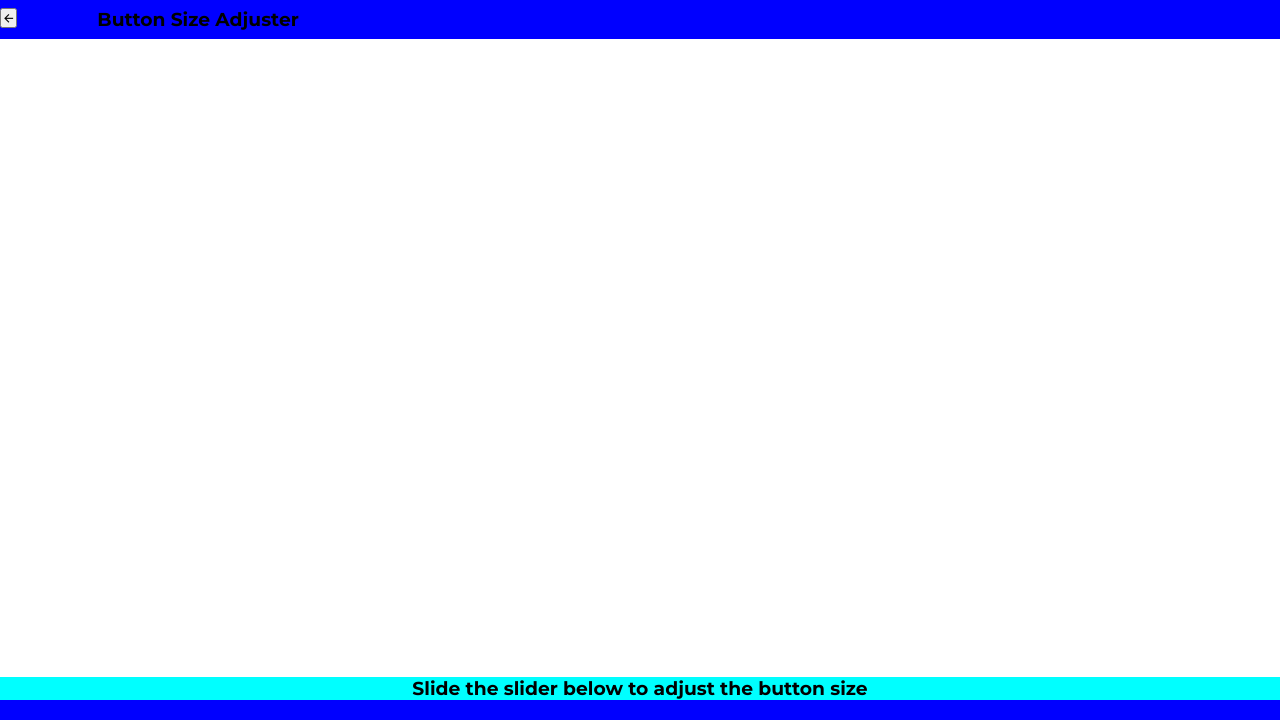
Repository: EguJaredoBoyd/Jared-Counter-App
Page: settings.html
An editor plug-in stored every save of this project. The page is shown before and after the next save, followed by the edit.
The browser window is 1280 px wide. The pictures show the whole page.

Above is the page before, as saved 2025-12-03 15:15:57.
Console error: TypeError: Cannot set properties of null (setting 'textContent')

After the next save:
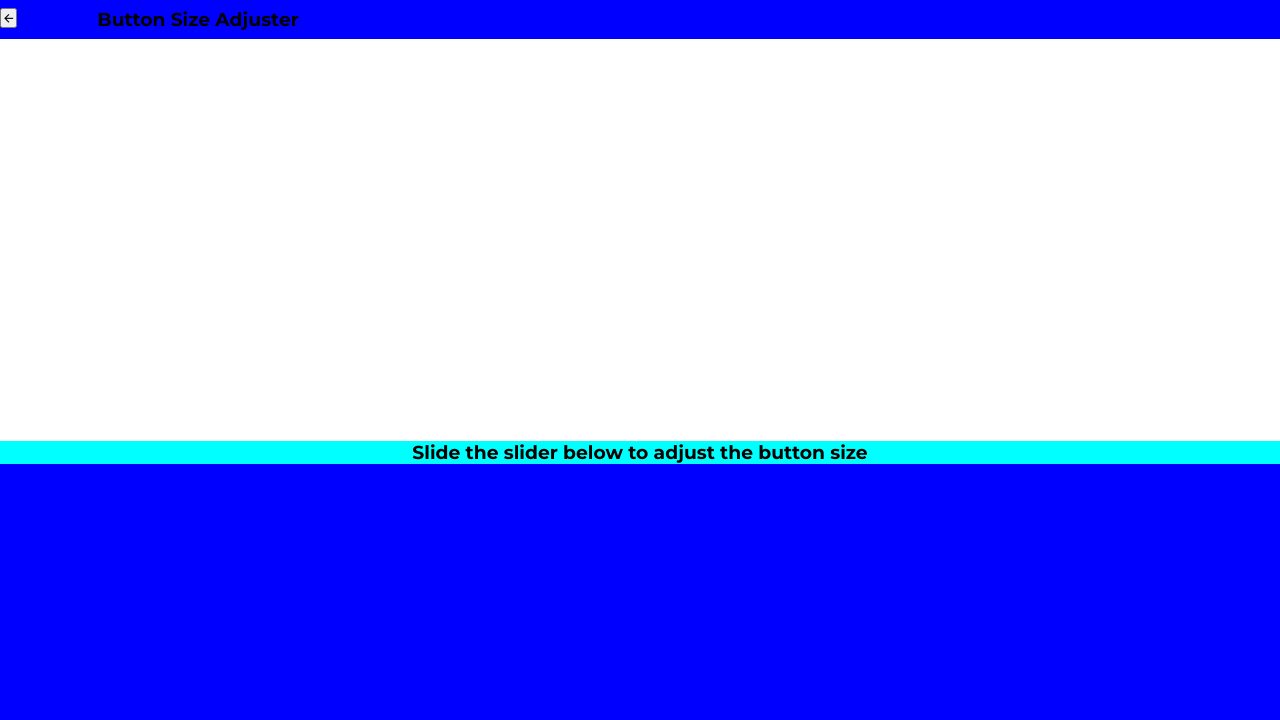
Saved 10 s later.
--- a/style.css
+++ b/style.css
@@ -95,7 +95,7 @@ main {
 
 .main__div--slider {
     background-color: aqua;
-    margin-bottom: 20px;
+    margin-bottom: 20%;
 }
 
 footer {
